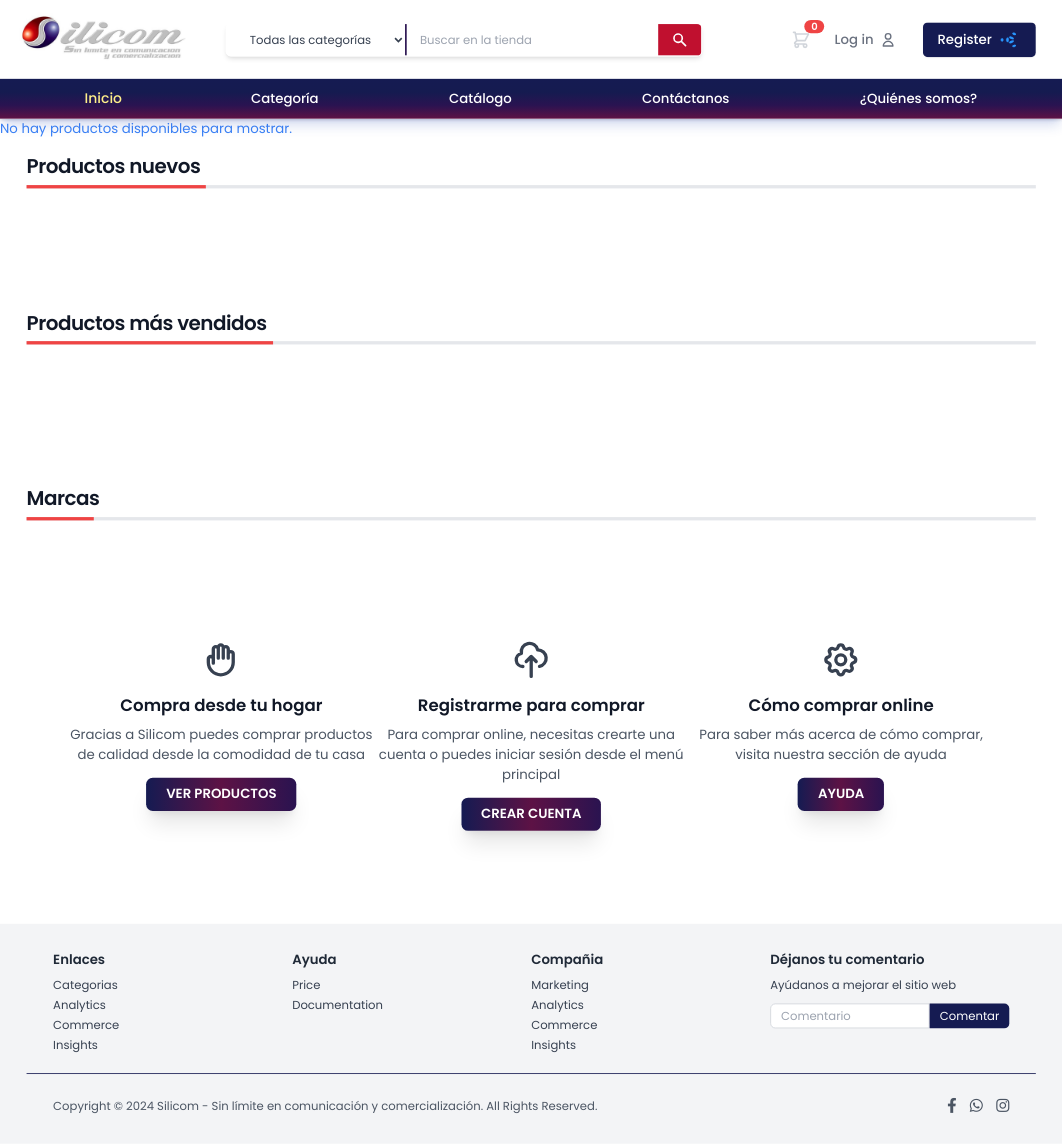
Repository: Francovg18/ecommerce
Page: /
These files come from the project's save history. The page is drawn as it stood at one moment and after the next save; the edit follows.
The browser window is 1280 px wide. The pictures show the whole page, at 83% of full size.
The page's requests for data from a server got no answer. The project was rebuilt for these pictures with package versions that can differ from the ones it lists, and the page was loaded fresh each time. No one was signed in, and anything a server would have sent is missing. Also part of the build but not shown: src/containers/errors/Error404.jsx, src/containers/auth/Signup.js, src/containers/auth/Login.js, src/containers/auth/Activate.js, src/containers/auth/ResetPassword.js, src/containers/auth/ResetPasswordConfirm.js, src/components/product/ProductCard.js, src/helpers/fixedPrices.js and 26 more. Imported but missing from the stored project, and not drawn on this page: src/containers/pages/ContactUs.

Above is the page before, as saved 2025-01-22 20:46:11.

### public/index.html
<!DOCTYPE html>
<html lang="en">
  <head>
    <meta charset="utf-8" />
    <link rel="icon" href="%PUBLIC_URL%/favicon.ico" />
    <meta name="viewport" content="width=device-width, initial-scale=1" />
    <meta name="theme-color" content="#000000" />
    <meta name="description" content="Web site created using create-react-app" />
    <link rel="apple-touch-icon" href="%PUBLIC_URL%/logo192.png" />
    <link href="https://fonts.googleapis.com/css2?family=Poppins:wght@400;500;600&display=swap" rel="stylesheet">
    <link
  rel="stylesheet"
  href="https://cdnjs.cloudflare.com/ajax/libs/font-awesome/6.0.0-beta3/css/all.min.css"
/>

    <!--
      manifest.json provides metadata used when your web app is installed on a
      user's mobile device or desktop. See https://developers.google.com/web/fundamentals/web-app-manifest/
    -->
    <link rel="manifest" href="%PUBLIC_URL%/manifest.json" />
    <!--
      Notice the use of %PUBLIC_URL% in the tags above.
      It will be replaced with the URL of the `public` folder during the build.
      Only files inside the `public` folder can be referenced from the HTML.

      Unlike "/favicon.ico" or "favicon.ico", "%PUBLIC_URL%/favicon.ico" will
      work correctly both with client-side routing and a non-root public URL.
      Learn how to configure a non-root public URL by running `npm run build`.
    -->
    <title>React App</title>
  </head>
  <body>
    <noscript>You need to enable JavaScript to run this app.</noscript>
    <div id="root"></div>
    <!--
      This HTML file is a template.
      If you open it directly in the browser, you will see an empty page.

      You can add webfonts, meta tags, or analytics to this file.
      The build step will place the bundled scripts into the <body> tag.

      To begin the development, run `npm start` or `yarn start`.
      To create a production bundle, use `npm run build` or `yarn build`.
    -->
  </body>
</html>

### src/index.js
import React from 'react';
import ReactDOM from 'react-dom/client';
import './style/index.css';
import App from './App';

const root = ReactDOM.createRoot(document.getElementById('root'));
root.render(
  <React.StrictMode>
    <App />
  </React.StrictMode>
);

### src/store.js
import { createStore, applyMiddleware } from 'redux';
import { composeWithDevTools } from '@redux-devtools/extension';
import { thunk } from 'redux-thunk';
import rootReducer from './redux/reducers';

const initialState = {};
const middleware = [thunk];
const store = createStore(
    rootReducer,
    initialState,
    composeWithDevTools(applyMiddleware(...middleware))
);

export default store;

### src/containers/Home.jsx
import Layout from "../hocs/Layout";
import { connect } from "react-redux";
import {
    get_products_by_arrival,
    get_products_by_sold,
    get_products_for_showcase
} from '../redux/actions/products';
import { useEffect } from "react";
import Banner from "../components/home/Banner";
import ProductsArrival from "../components/home/ProductsArrival";
import ProductsSold from "../components/home/ProductsSold";
import Brand from "../components/home/Brand";
import Product from "../components/home/Product";
const Home = ({
    get_products_by_arrival,
    get_products_by_sold,
    get_products_for_showcase,
    products_arrival,
    products_sold,
    products_showcase
}) => {

    useEffect(() => {
        window.scrollTo(0, 0);

        get_products_by_arrival();
        get_products_by_sold();
        get_products_for_showcase();
    }, []);

    return (
        <Layout>
            <div className="text-blue-500">
                <Banner data={products_showcase} />
                <ProductsArrival data={products_arrival} />
                <ProductsSold data={products_sold} />
                <Brand />
                <Product/>
            </div>
        </Layout>
    );
};

const mapStateToProps = state => ({
    products_arrival: state.Products.products_arrival,
    products_sold: state.Products.products_sold,
    products_showcase: state.Products.products_showcase
});

export default connect(mapStateToProps, {
    get_products_by_arrival,
    get_products_by_sold,
    get_products_for_showcase
})(Home);

### src/redux/reducers/index.js
import { combineReducers } from 'redux';
import Auth from './auth';
import Alert from './alert';
import Categories from './categories';
import Products from './products';
import Cart from './cart';
import Shipping from './shipping'
import Payment from './payment';
import Orders from './orders';
import Coupons from './coupons';
import Profile from './profile';
import Wishlist from './wishlist';
import Reviews from './reviews';
import Brands from './brands';
export default combineReducers({
    Auth,
    Alert,
    Categories,
    Products,
    Cart,
    Shipping,
    Payment,
    Orders,
    Coupons,
    Profile,
    Wishlist,
    Reviews,
    Brands
})

### src/components/navigation/Navbar.js
import { Fragment, useEffect, useState } from 'react'
import { Menu, Popover, Transition } from '@headlessui/react'
import logoGif from '../../assets/img/gif4.webp'
import logo from '../../assets/img/logoP.jpg'
import { Link, Navigate, NavLink } from 'react-router-dom'
import Alert from '../../components/alert'
import logoMini from '../../assets/img/logoMini.jpg'
import { MenuIcon, XIcon, ShoppingCartIcon, UserIcon } from '@heroicons/react/outline'
import { connect } from 'react-redux'
import { logout } from '../../redux/actions/auth'
import { get_categories } from '../../redux/actions/categories'
import { get_search_products } from '../../redux/actions/products'
import SearchBox from './SearchBox'
import { ChevronLeftIcon, ChevronRightIcon } from "@heroicons/react/solid"
function classNames(...classes) {
  return classes.filter(Boolean).join(' ')
}

function Navbar({
  isAuthenticated,
  logout,
  get_categories,
  categories,
  get_search_products,
  total_items
}) {

  const [redirect, setRedirect] = useState(false);
  const [render, setRender] = useState(false);
  const [formData, setFormData] = useState({
    category_id: 0,
    search: ''
  });
  const { category_id, search } = formData;
  useEffect(()=>{
    get_categories()
  }, [get_categories])

  const onChange = e => setFormData({ ...formData, [e.target.name]: e.target.value });
  const onSubmit = e => {
    e.preventDefault();
    get_search_products(search, category_id);
    setRender(!render);
  }

  if(render){
    return <Navigate to='/search' />
  }

  const logoutHandler = () => {
    logout()
    setRedirect(true);
  }

  if(redirect){
    window.location.reload(false);
    return <Navigate to='/' />
  }

  const authLinks = (
    <Menu as="div" className="relative inline-block text-left">
      <div>
        <Menu.Button className="inline-flex justify-center w-full rounded-full  text-sm font-medium text-gray-700 focus:outline-none focus:ring-2 focus:ring-offset-2 focus:ring-offset-gray-100 focus:ring-indigo-500 ml-3">
          <span className="inline-block h-10 w-10 rounded-full overflow-hidden bg-gray-100">
            <svg className="h-full w-full text-gray-300" fill="currentColor" viewBox="0 0 24 24">
              <path d="M24 20.993V24H0v-2.996A14.977 14.977 0 0112.004 15c4.904 0 9.26 2.354 11.996 5.993zM16.002 8.999a4 4 0 11-8 0 4 4 0 018 0z" />
            </svg>
          </span>
        </Menu.Button>
      </div>

      <Transition
        as={Fragment}
        enter="transition ease-out duration-100"
        enterFrom="transform opacity-0 scale-95"
        enterTo="transform opacity-100 scale-100"
        leave="transition ease-in duration-75"
        leaveFrom="transform opacity-100 scale-100"
        leaveTo="transform opacity-0 scale-95"
      >
        <Menu.Items className="origin-top-right absolute right-0 mt-2 w-56 rounded-md shadow-lg bg-white ring-1 ring-black ring-opacity-5 focus:outline-none">
          <div className="py-1">
            <Menu.Item>
              {({ active }) => (
                <Link
                  to="/dashboard"
                  className={classNames(
                    active ? 'bg-gray-100 text-gray-900' : 'text-gray-700',
                    'block px-4 py-2 text-sm'
                  )}
                >
                  Info
                </Link>
              )}
            </Menu.Item>


            <form method="POST" action="#">
              <Menu.Item>
                {({ active }) => (
                  <button
                    onClick={logoutHandler}
                    className={classNames(
                      active ? 'bg-gray-100 text-gray-900' : 'text-gray-700',
                      'block w-full text-left px-4 py-2 text-sm'
                    )}
                  >
                    Salir
                  </button>
                )}
              </Menu.Item>
            </form>
          </div>
        </Menu.Items>
      </Transition>
    </Menu>
  )
  const guestLinks = (
    <Fragment>
    <div className="hidden md:flex items-center md:ml-7">
    <Link to="/login" className="text-base font-medium text-gray-500 hover:text-gray-900 flex items-center">
      Log in
      <UserIcon className="h-5 w-5 ml-2" aria-hidden="true" />
    </Link>
      <Link
        to="/signup"
        className="ml-8 inline-flex items-center justify-center px-4 py-2 border border-transparent rounded-md shadow-sm text-base font-medium text-white bg-midnight-blue hover:bg-purple-night "
      >
        Register
        <img
          src={logoGif}
          alt="Cargando"
          className="w-7 h-6 mt-0.3 ml-2"
        />
      </Link>
    </div>

    </Fragment>
  )
  return (
    <>
    <Popover className="relative bg-white ">
      <div className="absolute inset-0 shadow z-30 pointer-events-none " aria-hidden="true" />
      <div className="relative z-20">
        <div className="max-w-7xl mx-auto flex justify-between items-center px-4 py-5 sm:px-6 sm:py-3 lg:px-8 md:justify-start md:space-x-10">
          <div>
          <Link to="/" className="flex">
            <img
              className="h-auto w-52 sm:w-52 md:w-48 lg:w-52 -ml-2"
              src={logo}
              alt="Logo"
            />
          </Link>

          </div>
          {/* Contenedor para pantallas pequeñas */}
          <div className="-mr-2 -my-2 md:hidden">
          <div className="">
            {window.location.pathname === '/search' ? null : (
              <SearchBox
                search={search}
                onChange={onChange}
                onSubmit={onSubmit}
                categories={categories}
              />
            )}
          </div>

          <Link to='/cart' className="bg-white rounded-md p-2 inline-flex items-center justify-center text-gray-400 hover:text-gray-500 hover:bg-gray-100 focus:outline-none focus:ring-2 focus:ring-inset focus:ring-indigo-500">
              <span className="sr-only">Open menu</span>

              <ShoppingCartIcon className="h-6 w-6" aria-hidden="true" />
          </Link>
            <Popover.Button className="bg-white rounded-md p-2 inline-flex items-center justify-center text-gray-400 hover:text-gray-500 hover:bg-gray-100 focus:outline-none focus:ring-2 focus:ring-inset focus:ring-indigo-500">
              <span className="sr-only">Open menu</span>
              <MenuIcon className="h-6 w-6" aria-hidden="true" />
            </Popover.Button>
            {isAuthenticated ? authLinks:'no'}
          </div>


    {/* Contenedor para pantallas  grandes */}
    <div className="hidden md:flex-1 md:flex md:items-center md:justify-between">
      <Popover.Group as="nav" className="flex space-x-10">
        {window.location.pathname === '/search' ? null : (
          <div className="flex flex-1 justify-center">
            <SearchBox
              search={search}
              onChange={onChange}
              onSubmit={onSubmit}
              categories={categories}
            />
          </div>
        )}
      </Popover.Group>
      <div className="flex items-center ">
        <div className="flex items-center md:ml-12">
          <Link to="/cart">
              <ShoppingCartIcon className="h-6 w-6 cursor-pointer text-gray-300 "/>
              <span className="text-xs absolute top-3 mt-3 ml-4 bg-red-500 text-white font-semibold rounded-full px-2 text-center">{total_items}</span>
          </Link>
        </div>
        {isAuthenticated ? authLinks:guestLinks}
      </div>
    </div>

      </div>
      <div className="hidden md:flex bg-custom-gradient text-white py-1 px-6 justify-around items-center shadow-lg shadow-blue-800/20 animate-gradient-x">

      {[
        { to: "/", label: "Inicio" },
        { to: "/category", label: "Categoría" },
        { to: "/shop", label: "Catálogo" },
        { to: "/contactus", label: "Contáctanos" },
        { to: "/about", label: "¿Quiénes somos?" },
      ].map((item, index) => (
        <NavLink
          key={index}
          to={item.to}
          className={({ isActive }) =>
            `relative text-base font-medium transition-all duration-300 ease-in-out px-6 py-2
            rounded-lg group ${
              isActive
                ? "text-yellow-200 scale-105 "
                : "hover:bg-midnight-blue/100 hover:text-white"
            }`
          }
        >
          <span className="hover:text-white hover:drop-shadow-[0_0_4px_red] transition-all duration-300">
            {item.label}
          </span>
          <span className="absolute inset-y-0 left-0 flex items-center -translate-x-4 opacity-0 transition-all duration-300 group-hover:translate-x-0 group-hover:opacity-100">
            <ChevronLeftIcon className="w-6 h-6 text-yellow-300" />
          </span>
          <span className="absolute inset-y-0 right-0 flex items-center translate-x-4 opacity-0 transition-all duration-300 group-hover:translate-x-0 group-hover:opacity-100">
            <ChevronRightIcon className="w-6 h-6 text-yellow-300" />
          </span>
        </NavLink>
      ))}
    </div>
      </div>

      <Transition
        as={Fragment}
        enter="duration-200 ease-out"
        enterFrom="opacity-0 scale-95"
        enterTo="opacity-100 scale-100"
        leave="duration-100 ease-in"
        leaveFrom="opacity-100 scale-100"
        leaveTo="opacity-0 scale-95"
      >
        <Popover.Panel
          focus
          className="absolute z-30 top-0 inset-x-0 p-2 transition transform origin-top-right md:hidden"
        >
          <div className="rounded-lg shadow-lg ring-1 ring-black ring-opacity-5 bg-midnight-blue text-white divide-y-2 divide-gray-50">
            <div className="pt-5 pb-6 px-5 sm:pb-8">
              <div className="flex items-center justify-between">
                <div>
                  <img className="h-8 w-auto" src={logoMini} alt="Workflow" />
                </div>
                <div className="-mr-2">
                  <Popover.Button className="bg-midnight-blue rounded-md p-2 inline-flex items-center justify-center text-gray-400 hover:text-gray-300 focus:outline-none focus:ring-2 focus:ring-inset focus:ring-purple-night">
                    <span className="sr-only">Cerrar menú</span>
                    <XIcon className="h-6 w-6" aria-hidden="true" />
                  </Popover.Button>
                </div>
              </div>
              <div className="mt-6 sm:mt-8">
                <nav>
                  <div className="grid gap-7 sm:grid-cols-2 sm:gap-y-8 sm:gap-x-4">
                    <NavLink
                      to="/"
                      className="-m-3 flex items-center p-3 rounded-lg hover:bg-midnight-blue"
                    >
                      <div className="ml-4 text-base font-medium text-white">
                        Inicio
                      </div>
                    </NavLink>
                    <NavLink
                      to="/shop"
                      className="-m-3 flex items-center p-3 rounded-lg hover:bg-midnight-blue"
                    >
                      <div className="ml-4 text-base font-medium text-white">
                        Categoria
                      </div>
                    </NavLink>
                    <NavLink
                      to="/shop"
                      className="-m-3 flex items-center p-3 rounded-lg hover:bg-midnight-blue"
                    >
                      <div className="ml-4 text-base font-medium text-white">
                        Catálogo
                      </div>
                    </NavLink>

                    <NavLink
                      to="/"
                      className="-m-3 flex items-center p-3 rounded-lg hover:bg-midnight-blue"
                    >
                      <div className="ml-4 text-base font-medium text-white">
                        Contáctanos
                      </div>
                    </NavLink>

                    <NavLink
                      to="/"
                      className="-m-3 flex items-center p-3 rounded-lg hover:bg-midnight-blue"
                    >
                      <div className="ml-4 text-base font-medium text-white">
                        ¿Quiénes somos?
                      </div>
                    </NavLink>
                  </div>
                </nav>
              </div>
            </div>

          </div>
        </Popover.Panel>
      </Transition>
    </Popover>
    <Alert/>
    </>
  )
}
const mapStateToProps = state =>  ({
  isAuthenticated: state.Auth.isAuthenticated,
  user: state.Auth.user,
  categories: state.Categories.categories,
  total_items: state.Cart.total_items
})
export default connect(mapStateToProps, {
  logout,
  get_categories,
  get_search_products
}) (Navbar)

### src/redux/actions/alert.js
import{
    SET_ALERT,
    REMOVE_ALERT,
} from './types';

export const setAlert = (msg, alertType, timeout = 5000) => dispatch =>{
    dispatch({
        type: SET_ALERT,
        payload: {msg, alertType}
    });
    setTimeout(() => dispatch({ type: REMOVE_ALERT }), timeout);
}

### src/redux/reducers/alert.js
import {
    SET_ALERT,
    REMOVE_ALERT,
} from '../actions/types';

const initialState = {
    alert: null
};

export default function Alert(state = initialState, action) {
    const { type, payload } = action;

    switch(type) {
        case SET_ALERT:
            return {
                ...state,
                alert: payload
            };
        case REMOVE_ALERT:
            return {
                ...state,
                alert: null
            }
        default:
            return state
    };
}

### src/redux/reducers/categories.js
import {
    GET_CATEGORIES_SUCCESS,
    GET_CATEGORIES_FAIL
} from '../actions/types';

const initialState = {
    categories: null
};

export default function Categories(state = initialState, action) {
    const { type, payload } = action;

    switch(type) {
        case GET_CATEGORIES_SUCCESS:
            return {
                ...state,
                categories: payload.categories
            }
        case GET_CATEGORIES_FAIL:
            return {
                ...state,
                categories: null
            }
        default:
            return state
    }
}

### src/redux/reducers/shipping.js
import {
    GET_SHIPPING_OPTIONS_SUCCESS,
    GET_SHIPPING_OPTIONS_FAIL
} from '../actions/types';

const initialState = {
    shipping: null,
};

export default function Shipping(state = initialState, action) {
    const { type, payload } = action;

    switch(type) {
        case GET_SHIPPING_OPTIONS_SUCCESS:
            return {
                ...state,
                shipping: payload.shipping_options
            }
        case GET_SHIPPING_OPTIONS_FAIL:
            return {
                ...state,
                shipping: null
            }
        default:
            return state;
    }
};

### src/redux/reducers/coupons.js
import {
    GET_COUPON_SUCCESS,
    GET_COUPON_FAIL,
} from '../actions/types';

const initialState = {
    coupon: null
};


export default function Coupons(state = initialState, action) {
    const { type, payload } = action;

    switch(type) {
        case GET_COUPON_SUCCESS:
            return {
                ...state,
                coupon: payload.coupon
            }
        case GET_COUPON_FAIL:
            return {
                ...state,
                coupon: null
            }
        default:
            return state;
    }
}

### src/redux/reducers/brands.js
import {
    GET_BRANDS_SUCCESS,
    GET_BRANDS_FAIL
} from '../actions/types';

const initialState = {
    brands: null
};

export default function Brands(state = initialState, action) {
    const { type, payload } = action;

    switch (type) {
        case GET_BRANDS_SUCCESS:
            return {
                ...state,
                brands: payload.brands // Ajusta si `payload` tiene otra estructura
            };
        case GET_BRANDS_FAIL:
            return {
                ...state,
                brands: null
            };
        default:
            return state;
    }
}

Loaded but not shown: src/style/index.css (common file); src/redux/actions/cart.js (399 lines, source omitted); src/redux/actions/auth.js (387 lines, source omitted); src/components/home/Banner.js (160 lines, source omitted); src/redux/actions/types.js (136 lines, source omitted); src/redux/actions/products.js (256 lines, source omitted); src/redux/reducers/cart.js (158 lines, source omitted); src/redux/reducers/products.js (118 lines, source omitted); src/components/home/ProductsArrival.js (81 lines, source omitted); src/components/navigation/Footer.js (83 lines, source omitted); src/redux/reducers/auth.js (113 lines, source omitted); src/components/home/ProductsSold.js (71 lines, source omitted); src/components/home/Product.js (44 lines, source omitted); src/components/home/Brand.js (93 lines, source omitted); src/App.js (70 lines, source omitted); src/redux/actions/profile.js (91 lines, source omitted); src/redux/reducers/payment.js (89 lines, source omitted); src/redux/reducers/reviews.js (90 lines, source omitted); src/redux/reducers/wishlist.js (67 lines, source omitted); src/components/navigation/SearchBox.js (48 lines, source omitted); tailwind.config.js (52 lines, source omitted); src/hocs/Layout.js (50 lines, source omitted); src/components/alert.js (40 lines, source omitted); src/redux/actions/brands.js (34 lines, source omitted); src/redux/actions/categories.js (34 lines, source omitted); src/redux/reducers/orders.js (41 lines, source omitted); src/redux/reducers/profile.js (37 lines, source omitted)

After the next save:
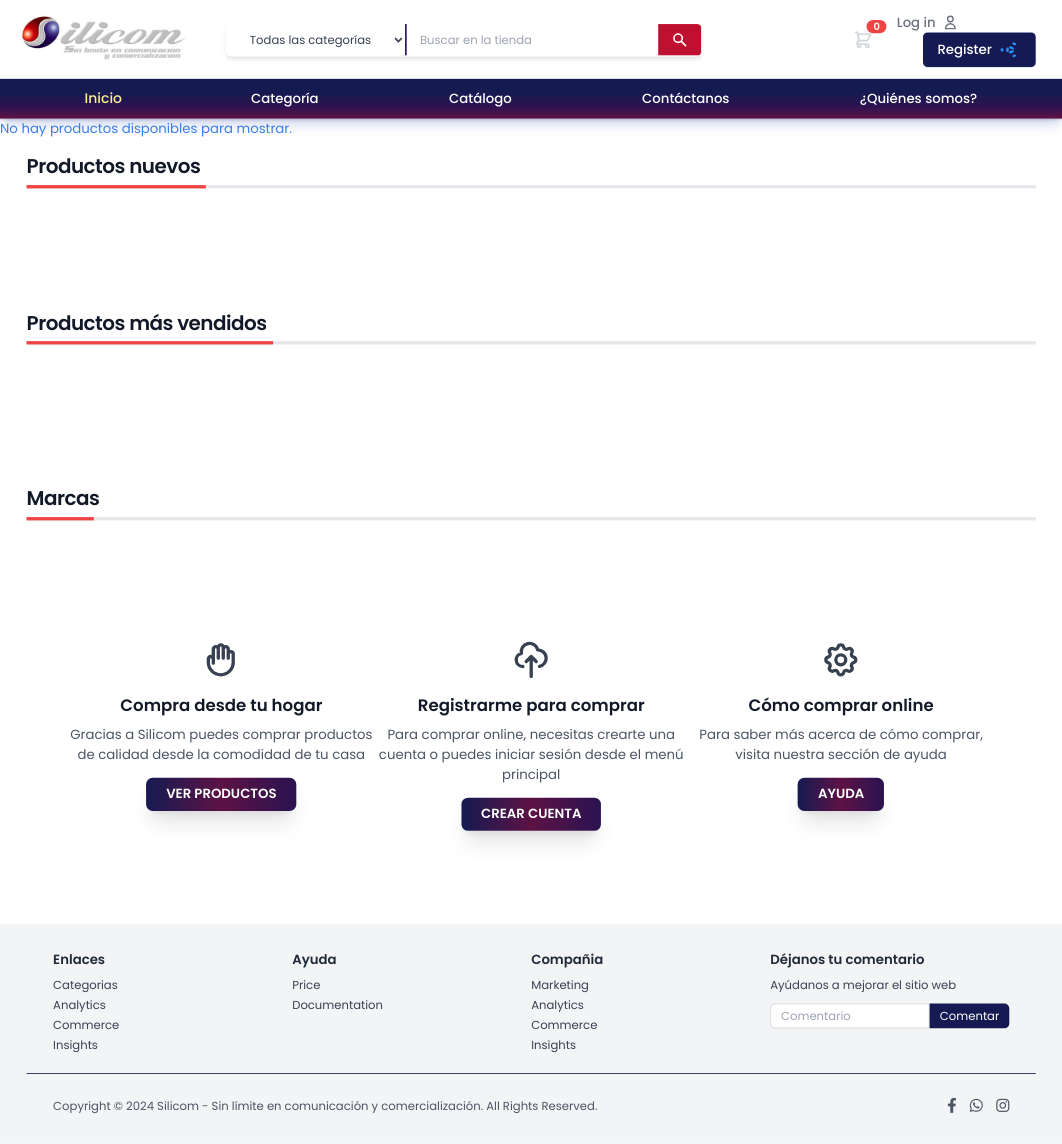
Saved 88 s later.
--- a/src/components/navigation/Navbar.js
+++ b/src/components/navigation/Navbar.js
@@ -117,7 +117,7 @@ function Navbar({
   )
   const guestLinks = (
     <Fragment>
-    <div className="hidden md:flex items-center md:ml-7">
+    <div className=" items-center md:ml-7">
     <Link to="/login" className="text-base font-medium text-gray-500 hover:text-gray-900 flex items-center">
       Log in
       <UserIcon className="h-5 w-5 ml-2" aria-hidden="true" />
